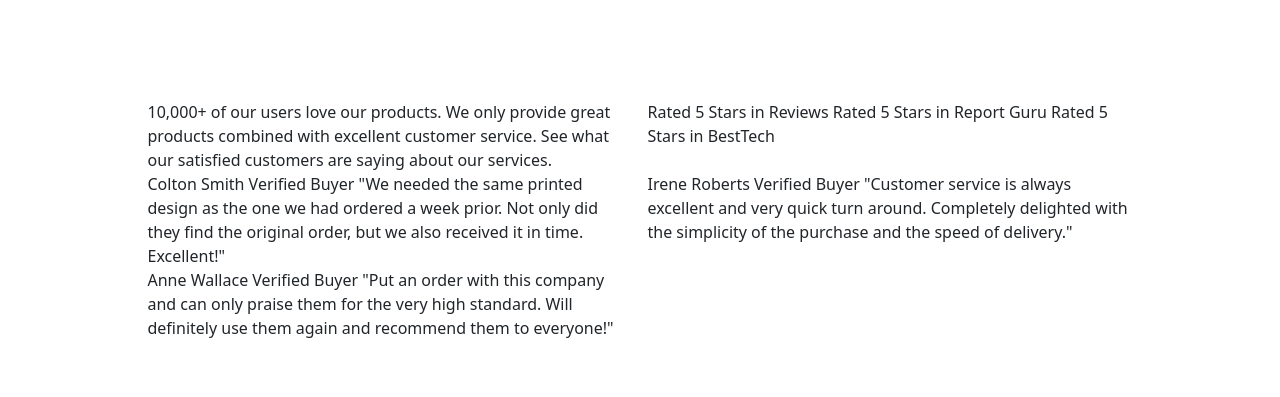
Repository: metehankasapp/social-proof-section-master
Page: index.html
These files come from the project's save history. The page is drawn as it stood at one moment and after the next save; the edit follows.
The browser window is 1280 px wide. The pictures show the whole page.
Some web libraries are served in a nearby version.

Above is the page before, as saved 2021-12-05 07:51:26.

After the next save:
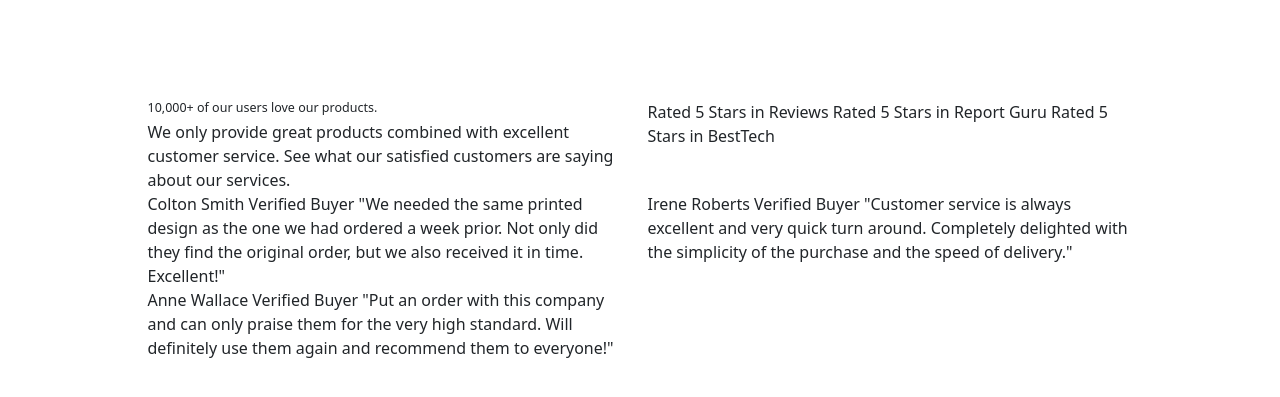
Saved 40 s later.
--- a/index.html
+++ b/index.html
@@ -16,10 +16,14 @@
   <div class="main-ctr">
     <div class="w-100 row p-0 m-0">
       <div class="col-12 col-lg-6">
-        10,000+ of our users love our products.
+        <div class="header-purple">
+          <h5>10,000+ of our users love our products.</h5>
+        </div>
 
-        We only provide great products combined with excellent customer service.
-        See what our satisfied customers are saying about our services.
+        <p class="m-0 header-text">
+          We only provide great products combined with excellent customer service.
+          See what our satisfied customers are saying about our services.
+        </p>
       </div>
 
       <div class="col-12 col-lg-6">
